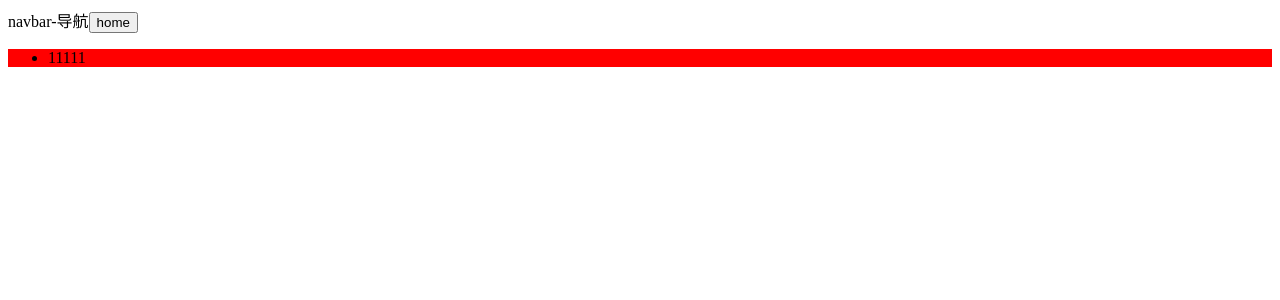
Repository: ysl200/111
Page: / (app in react/frontend/)
These files come from the project's save history. The page is drawn as it stood at one moment and after the next save; the edit follows.
The browser window is 1280 px wide. The pictures show the whole page.
The project was rebuilt for these pictures with package versions that can differ from the ones it lists, and the page was loaded fresh each time.

Above is the page before, as saved 2024-01-03 11:05:36.

After the next save:
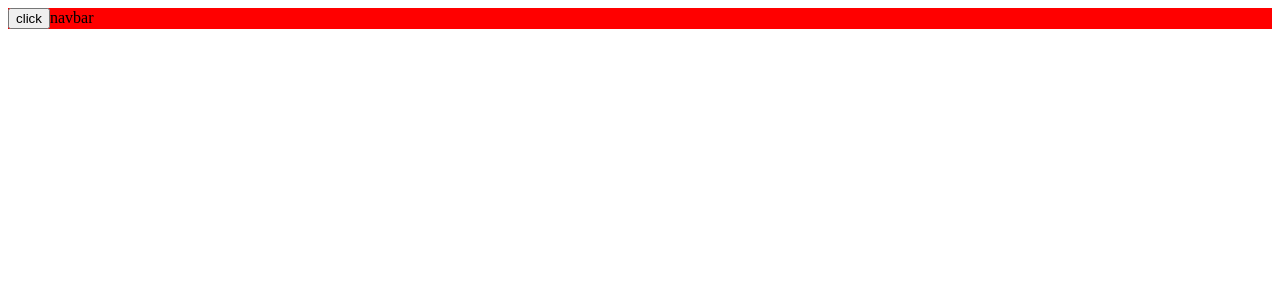
Saved 2 h 52 min later.
--- a/react/frontend/src/index.js
+++ b/react/frontend/src/index.js
@@ -1,44 +1,60 @@
 import React, { Component } from "react";
 import { createRoot } from 'react-dom/client';
 
-// 父组件
-class App extends Component {
+class Navbar extends Component {
     render() {
       return (
-        <div>
-          {/* 类组件 */}
-          <Navbar title="导航"></Navbar>
+        <div style={{ background: "red" }}>
+          <button
+            onClick={() => {
+              console.log("子通知父， 让父的isSHow 取反。", this.props.event);
 
-          {/* 函数式组件 */}
-          <Sidebar bg="red" position="left"></Sidebar>
+              this.props.event(); //调用父组件传来啊的回调函数
+            }}
+          >
+            click
+          </button>
+          <span>navbar</span>
         </div>
       );
     }
   }
-  //  子组件class
-  class Navbar extends Component {
-    //属性是父组件传来的，this.props
+  class Sidebar extends Component {
     render() {
-      console.log(this.props)
-      let { title, leftshow } = this.props;
       return (
-        <div>
-          {leftshow && <button>返回</button>}
-          navbar-{title}
-          <button>home</button>
+        <div style={{ background: "yellow", width: "200px" }}>
+          <ul>
+            <li>11111</li>
+          </ul>
         </div>
       );
     }
   }
-  // 函数组件
-  function Sidebar(props) {
-    return (
-      <div style={{ background: props.bg }}>
-        <ul>
-          <li>11111</li>
-        </ul>
-      </div>
-    );
+  // 父组件
+  class App extends Component {
+    state = {
+      isShow: false,
+    };
+
+    handleEvent = () => {
+      this.setState({
+        isShow: !this.state.isShow,
+      });
+      // console.log("父组件定义的event事件")
+    };
+    render() {
+      return (
+        <div>
+          <Navbar event={this.handleEvent} />
+          {/* <button onClick={()=>{
+                      this.setState({
+                          isShow:!this.state.isShow
+                      })
+                  }}>click</button> */}
+          {this.state.isShow && <Sidebar />}
+        </div>
+      );
+    }
   }
 
 const container = document.getElementById('root');
